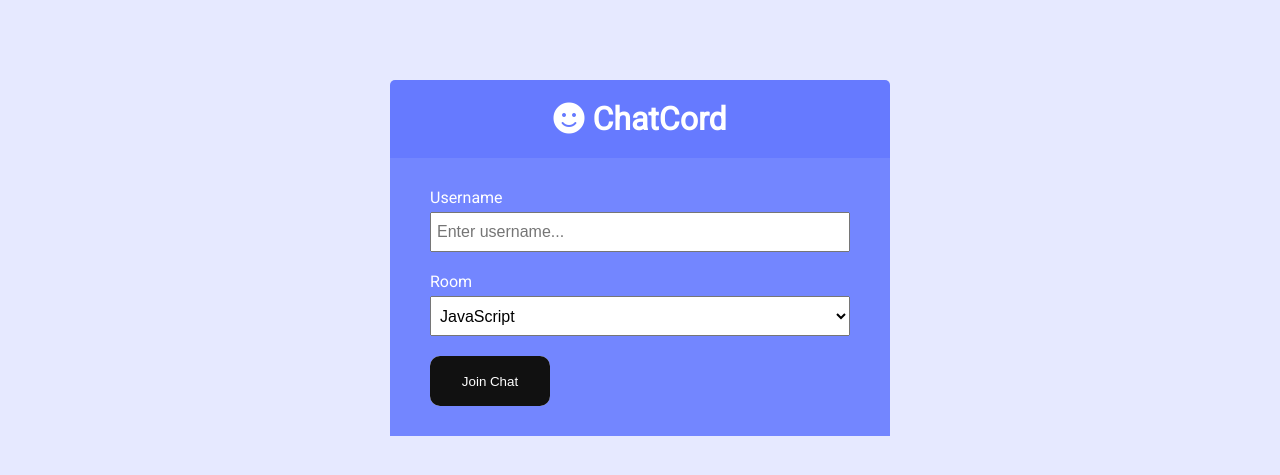
Repository: satyam12116/chat
Page: public/index.html
An editor plug-in stored every save of this project. The page is shown before and after the next save, followed by the edit.
The browser window is 1280 px wide. The pictures show the whole page.
Some web libraries are served in a nearby version.

Above is the page before, as saved 2023-03-26 10:32:12.

### public/index.html
<!DOCTYPE html>
<html lang="en">
	<head>
		<meta charset="UTF-8" />
		<meta name="viewport" content="width=device-width, initial-scale=1.0" />
		<meta http-equiv="X-UA-Compatible" content="ie=edge" />
		<link
			rel="stylesheet"
			href="https://cdnjs.cloudflare.com/ajax/libs/font-awesome/5.12.1/css/all.min.css"
			integrity="sha256-mmgLkCYLUQbXn0B1SRqzHar6dCnv9oZFPEC1g1cwlkk="
			crossorigin="anonymous"
		/>
		<link rel="stylesheet" href="css/style.css" />
		<title>ChatCord App</title>
	</head>
	<body>
		<div class="join-container">
			<header class="join-header">
				<h1><i class="fas fa-smile"></i> ChatCord</h1>
			</header>
			<main class="join-main">
				<form action="chat.html">
					<div class="form-control">
						<label for="username">Username</label>
						<input
							type="text"
							name="username"
							id="username"
							placeholder="Enter username..."
							required
						/>
					</div>
					<div class="form-control">
						<label for="room">Room</label>
						<select name="room" id="room">
							<option value="JavaScript">JavaScript</option>
							<option value="Python">Python</option>
							<option value="PHP">PHP</option>
							<option value="C#">C#</option>
							<option value="Ruby">Ruby</option>
							<option value="Java">Java</option>
						</select>
					</div>
					<button type="submit"class="glow-on-hover">Join Chat</button>
				</form>
			</main>
		</div>
	</body>
</html>

### public/css/style.css
@import url('https://fonts.googleapis.com/css?family=Roboto&display=swap');

:root {
	--dark-color-a: #667aff;
	--dark-color-b: #7386ff;
	--light-color: #e6e9ff;
	--success-color: #5cb85c;
	--error-color: #d9534f;
}

* {
	box-sizing: border-box;
	margin: 0;
	padding: 0;
}

body {
	font-family: 'Roboto', sans-serif;
	font-size: 16px;
	background: var(--light-color);
	margin: 20px;
}

ul {
	list-style: none;
}

a {
	text-decoration: none;
}

.btn {
	cursor: pointer;
	padding: 5px 15px;
	background: var(--light-color);
	color: var(--dark-color-a);
	border: 0;
	font-size: 17px;
}

/* Chat Page */

.chat-container {
	max-width: 1100px;
	background: #fff;
	margin: 30px auto;
	overflow: hidden;
}

.chat-header {
	background: var(--dark-color-a);
	color: #fff;
	border-top-left-radius: 5px;
	border-top-right-radius: 5px;
	padding: 15px;
	display: flex;
	align-items: center;
	justify-content: space-between;
}

.chat-main {
	display: grid;
	grid-template-columns: 1fr 3fr;
}

.chat-sidebar {
	background: var(--dark-color-b);
	color: #fff;
	padding: 20px 20px 60px;
	overflow-y: scroll;
}

.chat-sidebar h2 {
	font-size: 20px;
	background: rgba(0, 0, 0, 0.1);
	padding: 10px;
	margin-bottom: 20px;
}

.chat-sidebar h3 {
	margin-bottom: 15px;
}

.chat-sidebar ul li {
	padding: 10px 0;
}

.chat-messages {
	padding: 30px;
	max-height: 500px;
	overflow-y: scroll;
}

.chat-messages .message {
	padding: 10px;
	margin-bottom: 15px;
	background-color: var(--light-color);
	border-radius: 5px;
	overflow-wrap: break-word;
}

.chat-messages .message .meta {
	font-size: 15px;
	font-weight: bold;
	color: var(--dark-color-b);
	opacity: 0.7;
	margin-bottom: 7px;
}

.chat-messages .message .meta span {
	color: #777;
}

.chat-form-container {
	padding: 20px 30px;
	background-color: var(--dark-color-a);
}

.chat-form-container form {
	display: flex;
}

.chat-form-container input[type='text'] {
	font-size: 16px;
	padding: 5px;
	height: 40px;
	flex: 1;
}

/* Join Page */
.join-container {
	max-width: 500px;
	margin: 80px auto;
	color: #fff;
}

.join-header {
	text-align: center;
	padding: 20px;
	background: var(--dark-color-a);
	border-top-left-radius: 5px;
	border-top-right-radius: 5px;
}

.join-main {
	padding: 30px 40px;
	background: var(--dark-color-b);
}

.join-main p {
	margin-bottom: 20px;
}

.join-main .form-control {
	margin-bottom: 20px;
}

.join-main label {
	display: block;
	margin-bottom: 5px;
}

.join-main input[type='text'] {
	font-size: 16px;
	padding: 5px;
	height: 40px;
	width: 100%;
}

.join-main select {
	font-size: 16px;
	padding: 5px;
	height: 40px;
	width: 100%;
}

.join-main .btn {
	margin-top: 20px;
	width: 100%;
}

@media (max-width: 700px) {
	.chat-main {
		display: block;
	}

	.chat-sidebar {
		display: none;
	}
}

.glow-on-hover {
	align-items: center;
    width: 120px;
    height: 50px;
    border: none;
    outline: none;
    color: #fff;
    background:whitesmoke;
    cursor: pointer;
    position: relative;
    z-index: 0;
    border-radius: 10px;
}

.glow-on-hover:before {
    content: '';
    background: linear-gradient(45deg, #ff0000, #ff7300, #fffb00, #48ff00, #00ffd5, #002bff, #7a00ff, #ff00c8, #ff0000);
    position: absolute;
    top: -2px;
    left:-2px;
    background-size: 400%;
    z-index: -1;
    filter: blur(5px);
    width: calc(100% + 4px);
    height: calc(100% + 4px);
    animation: glowing 20s linear infinite;
    opacity: 0;
    transition: opacity .3s ease-in-out;
    border-radius: 10px;
}

.glow-on-hover:active {
    color: #000
}

.glow-on-hover:active:after {
    background: transparent;
}

.glow-on-hover:hover:before {
    opacity: 1;
}

.glow-on-hover:after {
    z-index: -1;
    content: '';
    position: absolute;
    width: 100%;
    height: 100%;
    background: #111;
    left: 0;
    top: 0;
    border-radius: 10px;
}

@keyframes glowing {
    0% { background-position: 0 0; }
    50% { background-position: 400% 0; }
    100% { background-position: 0 0; }
}

After the next save:
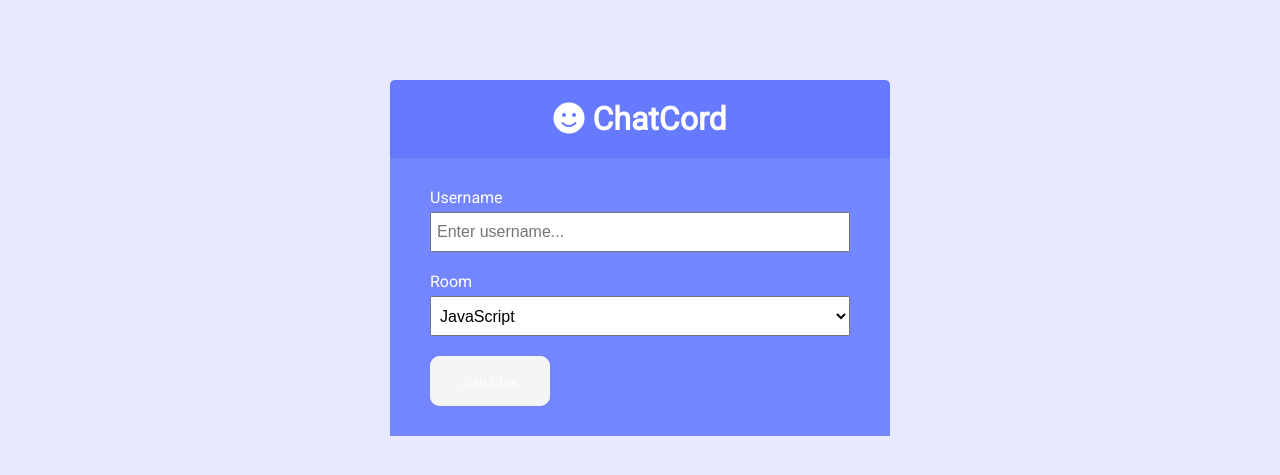
Saved 41 s later.
--- a/public/css/style.css
+++ b/public/css/style.css
@@ -238,7 +238,7 @@ a {
     position: absolute;
     width: 100%;
     height: 100%;
-    background: #111;
+    background: whitesmoke;
     left: 0;
     top: 0;
     border-radius: 10px;
